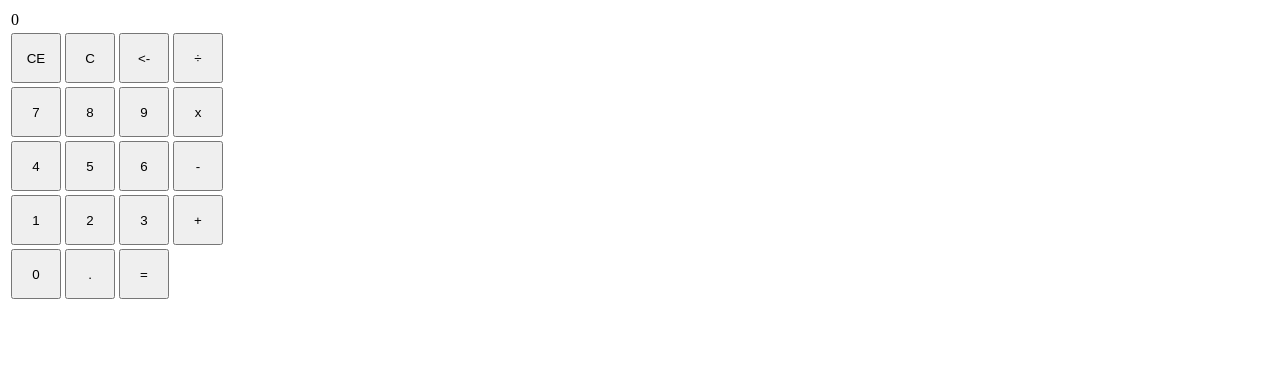
Repository: uzchu/jsp
Page: workspace/JSPPrj/src/main/webapp/calc3.html
These files come from the project's save history. The page is drawn as it stood at one moment and after the next save; the edit follows.
The browser window is 1280 px wide. The pictures show the whole page.

Above is the page before, as saved 2021-05-26 02:20:23.

After the next save:
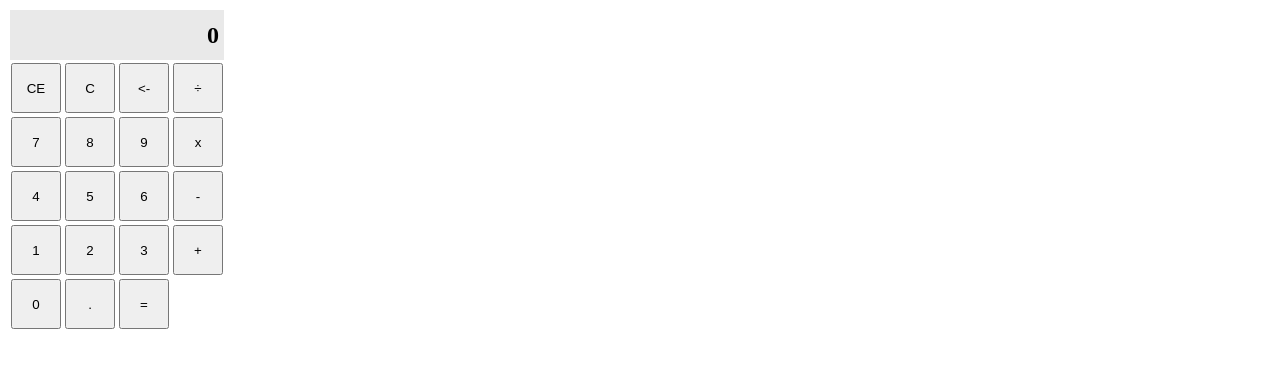
Saved 117 s later.
--- a/workspace/JSPPrj/src/main/webapp/calc3.html
+++ b/workspace/JSPPrj/src/main/webapp/calc3.html
@@ -9,13 +9,22 @@
 	height: 50px;
 }
 
+.output{
+	height:50px;
+	background:#e9e9e9;
+	font-size: 24px;
+	font-weight: bold;
+	text-align: right;
+	padding: 0px 5px;
+}
+
 </style>
 </head>
 <body>
 	<form action="calc3" method="post">
 		<table>
 			<tr>
-				<td colspan="4">0</td>
+				<td class="output" colspan="4">0</td>
 			</tr>
 			<tr>
 				<td><input type="submit" name="operator" value="CE"/></td>
